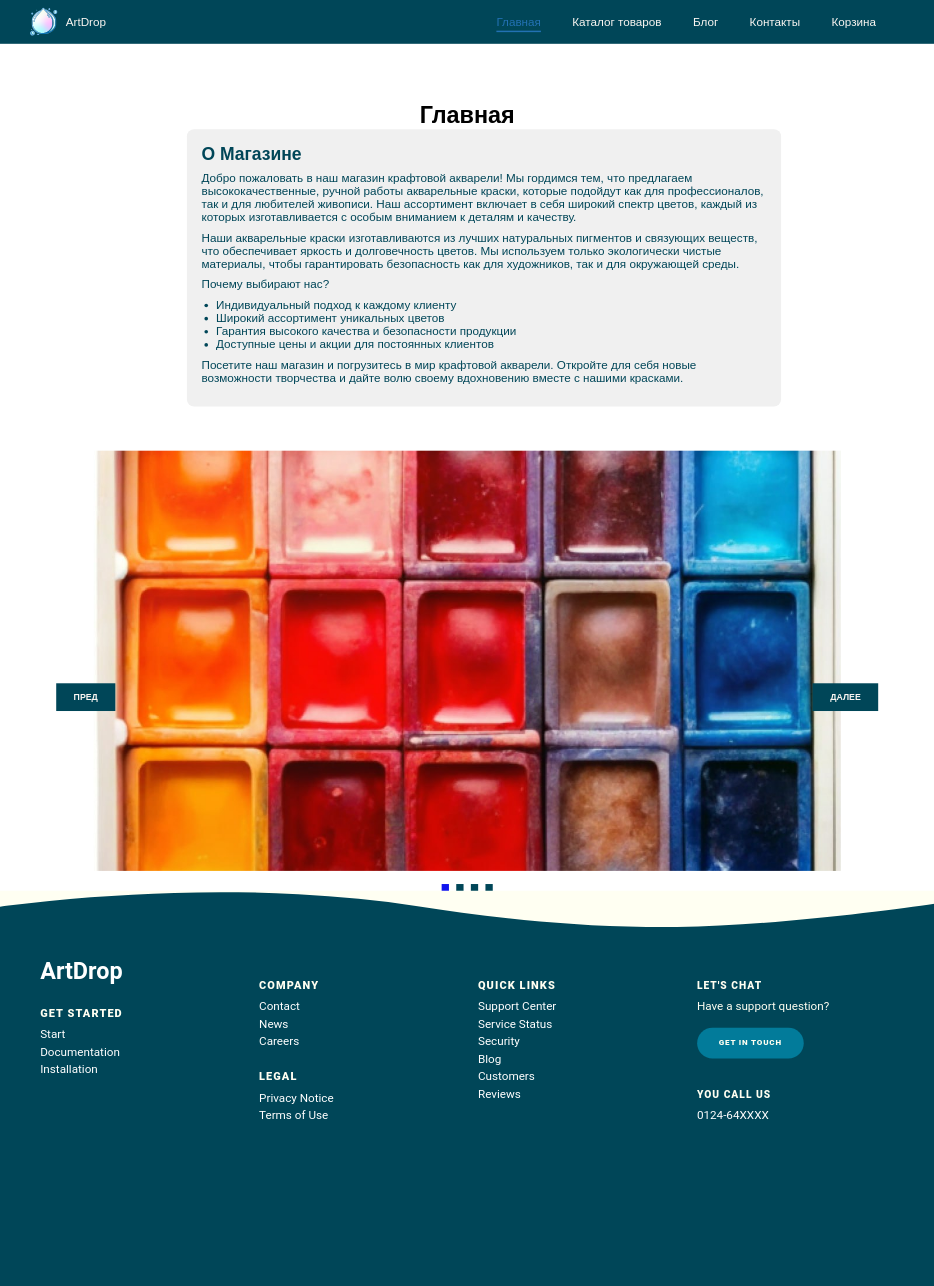
Repository: mnats725/art-drop
Page: index.html
The author's editor kept a copy of each file at every save. The page is drawn from the files as they stood at one save, then again after a run of saves.
The browser window is 1280 px wide. The pictures show the whole page, at 73% of full size.

Above is the page before, as saved 2024-05-21 00:15:22.

After the next 5 saves:
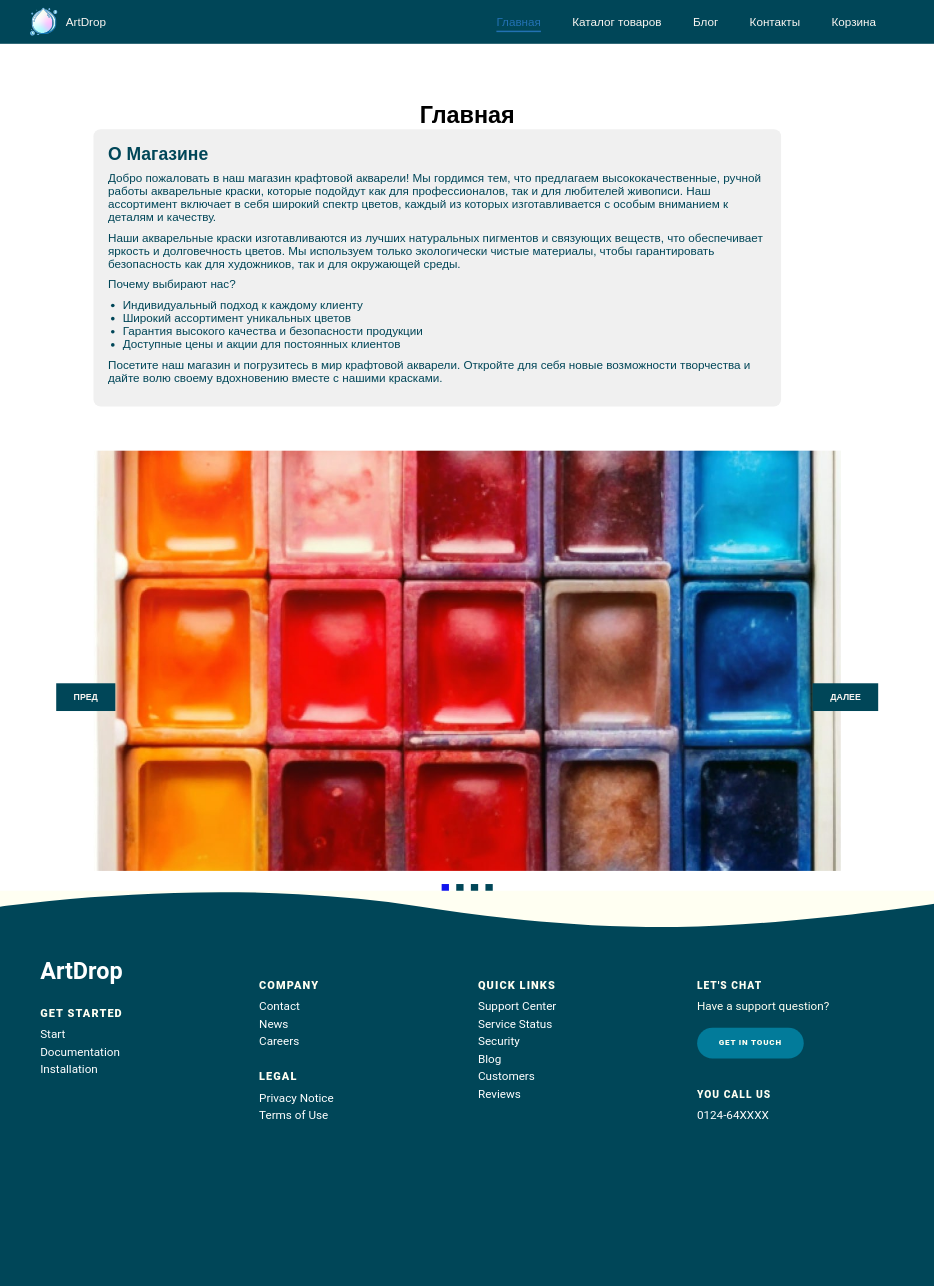
The 5 saves are shown as one change because they came seconds apart.
The last was saved 14 s later.
--- a/css/content.css
+++ b/css/content.css
@@ -12,7 +12,7 @@
   padding: 20px;
   border-radius: 10px;
   margin-bottom: 20px;
-  margin-left: 20%;
+  margin-left: 10%;
   margin-right: 210px;
 }
 
